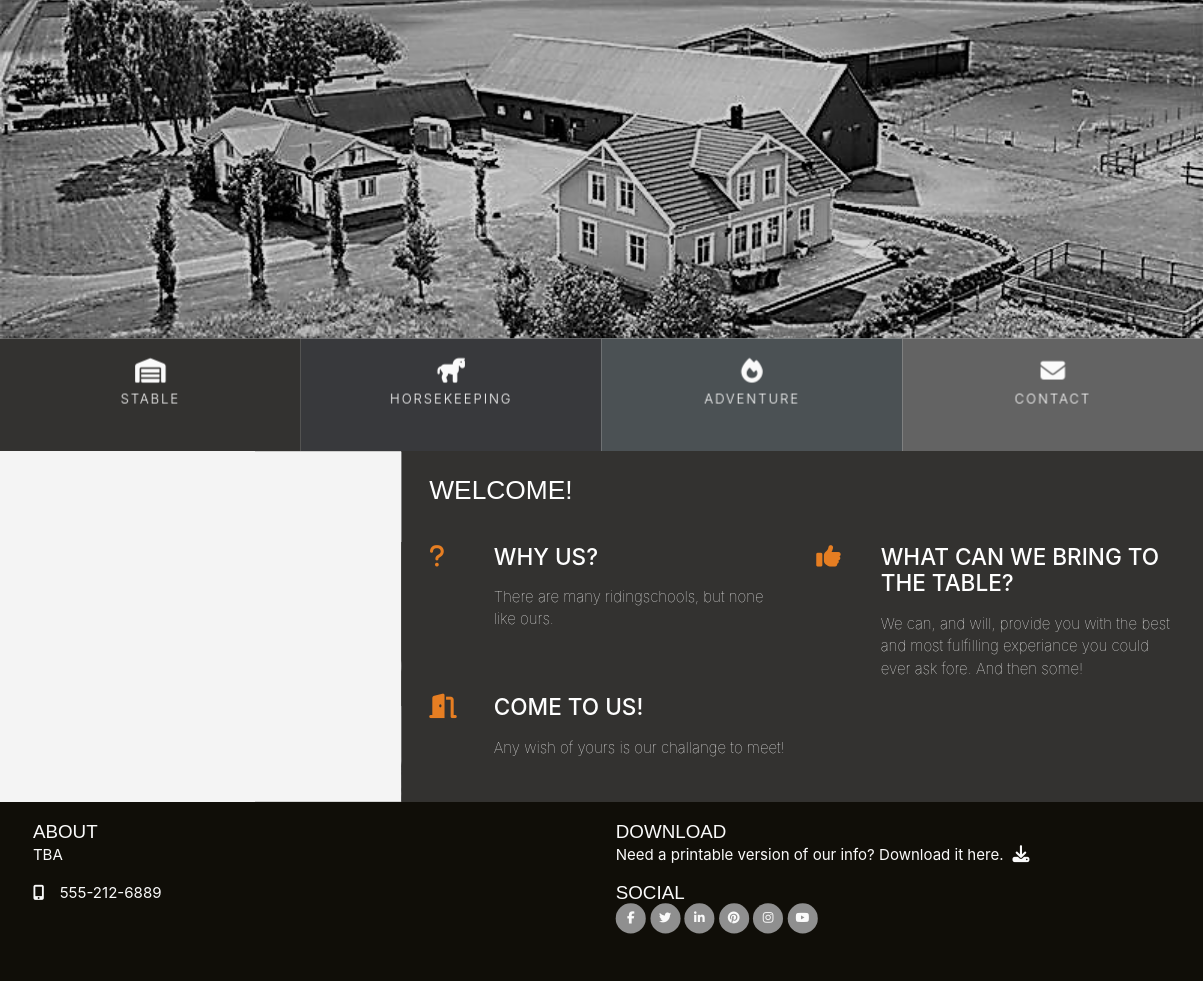
Repository: Jadehammar/frontendmilestone
Page: stable.html
The author's editor kept a record of every edit. The page is drawn from the files as they stood at one moment, then again after the next edit.
The browser window is 1280 px wide. The pictures show the whole page, at 94% of full size.
Backgrounds fixed to the window are drawn as part of the page. Some web libraries are served in a nearby version.

Above is the page before.

After the next edit:
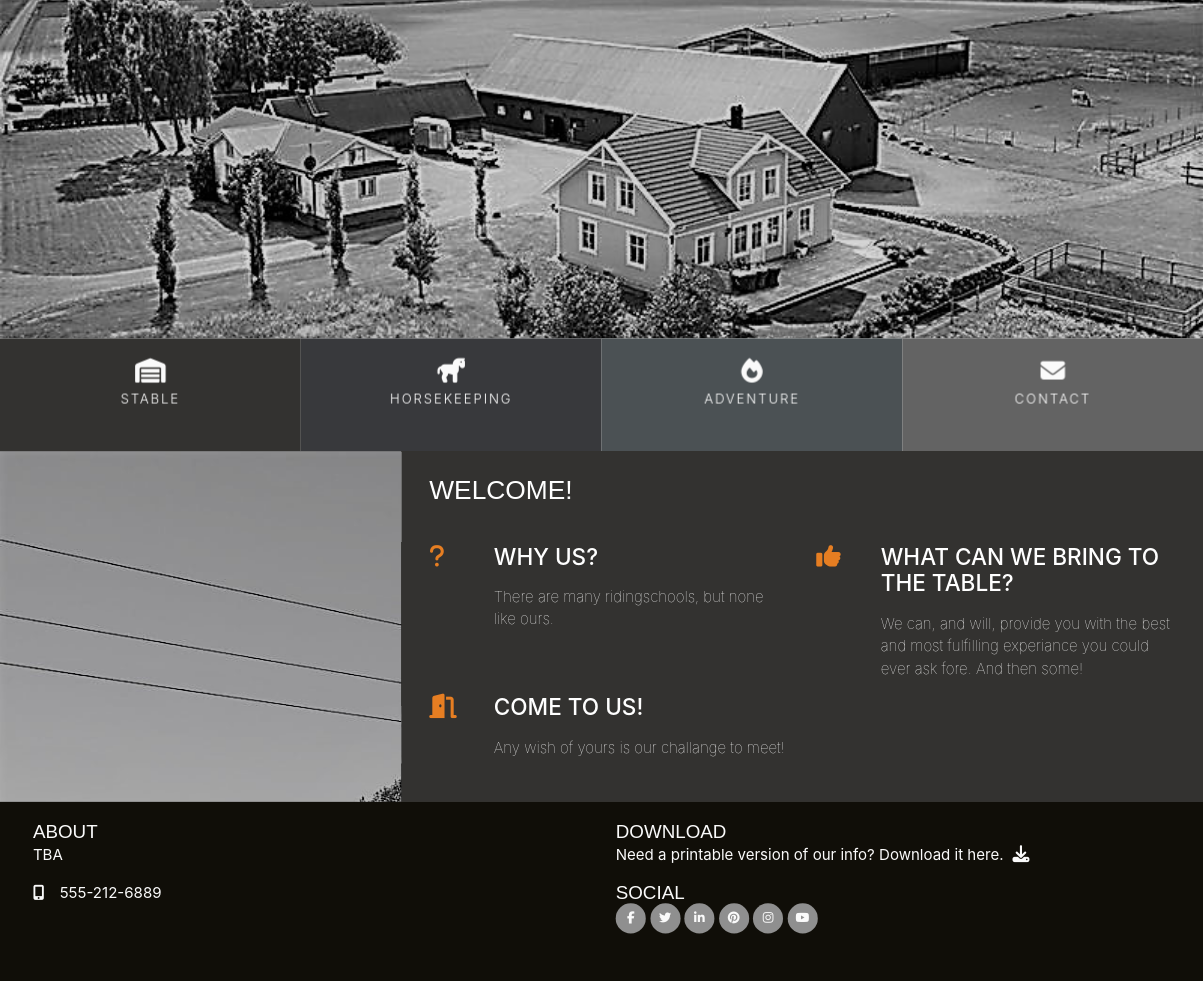
The edit:
--- a/stable.html
+++ b/stable.html
@@ -41,7 +41,7 @@
     </header>
     <section class="container-fluid">
         <div class="row">
-            <div class="col-md-4 bg-color-personal-info section-column">
+            <div class="col-md-4 bg-color-personal-info section-column logo-stable">
                 <div class="row">
                     <div class="col-12">
                     </div>
